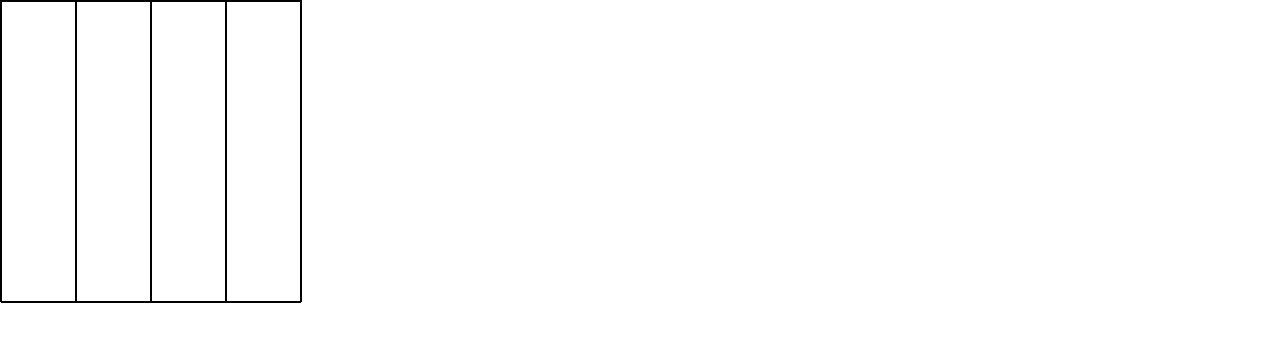
Repository: rlatlswo135/my_workstation
Page: header.html
These files come from the project's save history. The page is drawn as it stood at one moment and after the next save; the edit follows.
The browser window is 1280 px wide. The pictures show the whole page.

Above is the page before, as saved 2021-05-29 19:04:52.

After the next save:
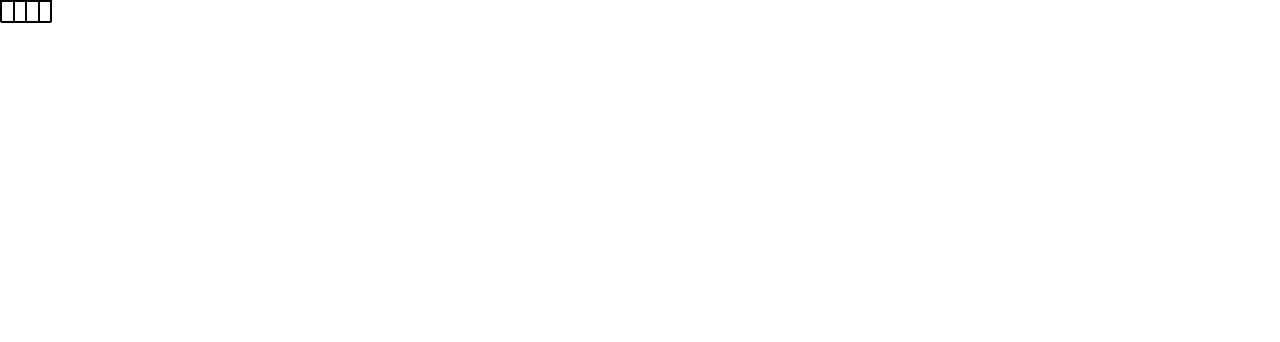
Saved 24 s later.
--- a/header.css
+++ b/header.css
@@ -7,6 +7,6 @@
 }
 div {
   border: 1px solid black;
-  width: 300px;
-  height: 300px;
+  width: 50px;
+  height: 20px;
 }
